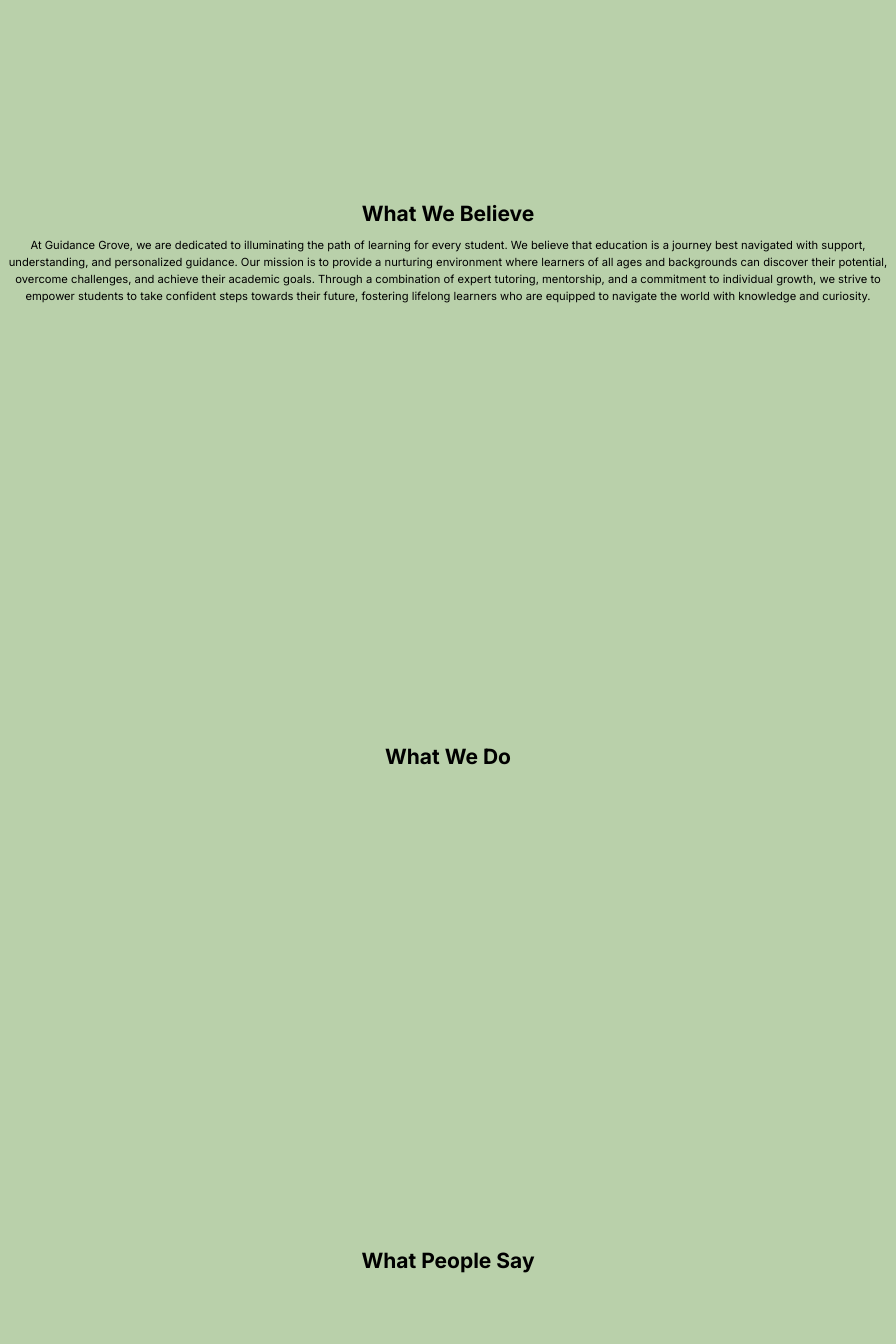
Repository: PositiveGuy/GuidanceGrove
Page: /
An editor plug-in stored every save of this project. The page is shown before and after the next save, followed by the edit.
The browser window is 1280 px wide. The pictures show the part of the page from y = 0 to 1920 px (the page is 3600 px tall before and 720 px after), at 70% of full size.
The project was rebuilt for these pictures with package versions that can differ from the ones it lists, and the page was loaded fresh each time. The framework's server and built-in components were replaced by stand-ins that run in the browser. Also part of the build but not shown: next.config.js.

Above is the page before, as saved 2023-12-27 23:33:08.

After the next save:
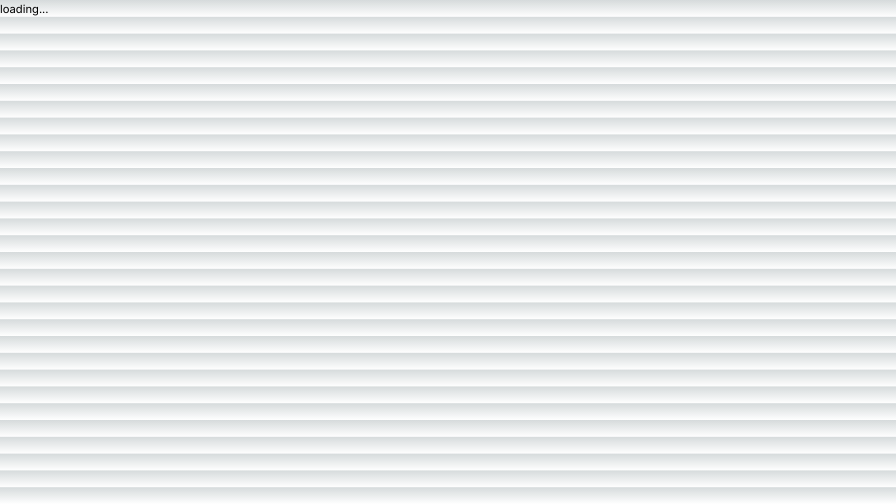
Saved 5 min 26 s later.
--- a/src/providers/ThemeProvider.tsx
+++ b/src/providers/ThemeProvider.tsx
@@ -21,7 +21,7 @@ export default function ThemeProvider({ children }: ChildrenProps) {
     }, [theme])
 
     if (mounted) {
-        return <div className={theme}>{children}</div>
+        return <div className={theme}>loading...</div>
     }
     return <div className={theme}>{children}</div>
 }
